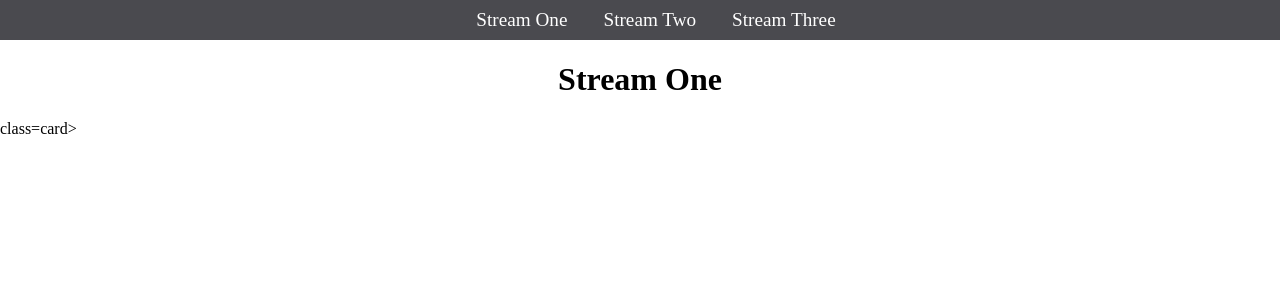
Repository: collyd21/my-first-website
Page: stream-one.html
The author's editor kept a record of every edit. The page is drawn from the files as they stood at one moment, then again after the next edit.
The browser window is 1280 px wide. The pictures show the whole page.

Above is the page before.

After the next edit:
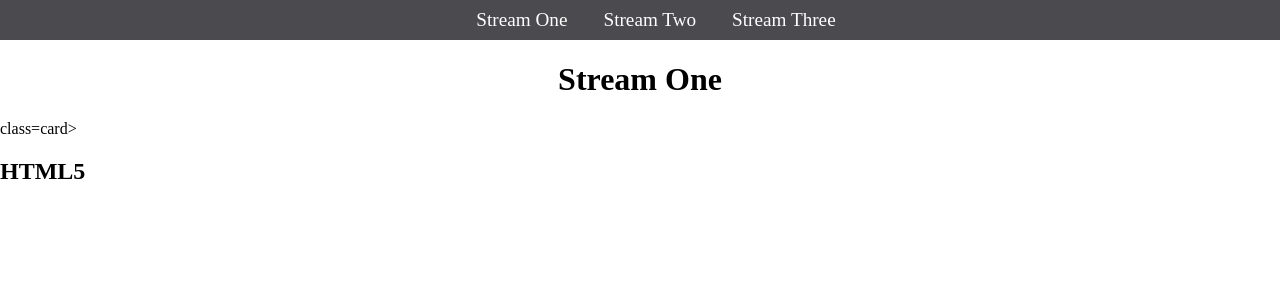
The edit:
--- a/stream-one.html
+++ b/stream-one.html
@@ -13,9 +13,9 @@
         </nav>
         <h1>Stream One</h1>
         <div> class=card>
-        <a href:"">
-            <img />
-            <h2></h2>
+        <a href:"https://en.wikipedia.org/wiki/HTML5">
+            <img src:"https://www.google.com/url?sa=i&source=images&cd=&ved=2ahUKEwioo-ur-6jlAhWyQhUIHT79D6IQjRx6BAgBEAQ&url=https%3A%2F%2Fen.wikipedia.org%2Fwiki%2FHTML5&psig=AOvVaw1Wb21J69MLiP87VbVLEOFZ&ust=1571596501210342"/>
+            <h2>HTML5</h2>
         </a>
     </body>
 </html>
